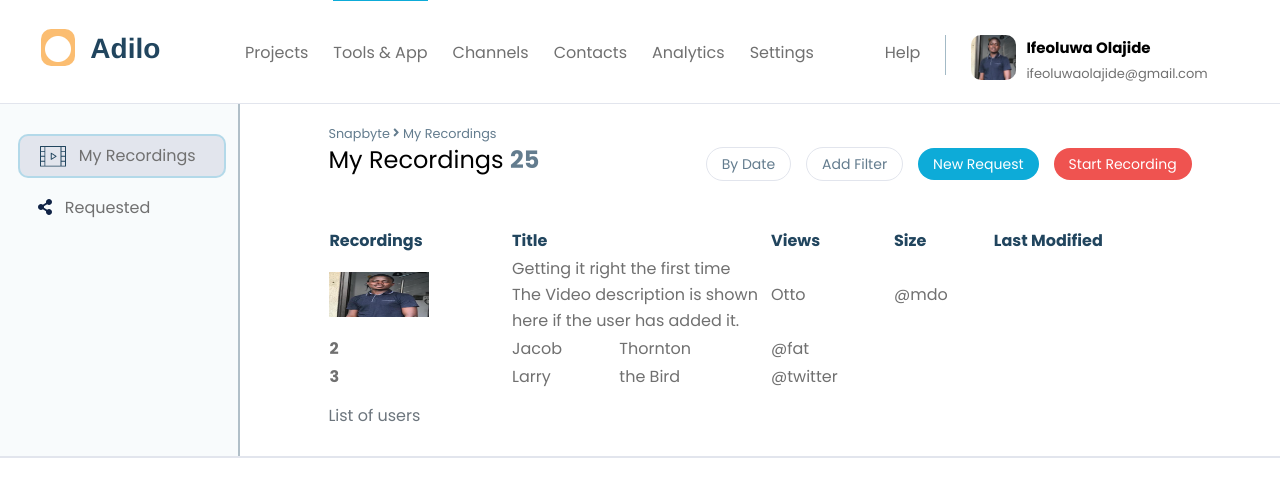
Repository: olhighjay/video_recorder
Page: /
An editor plug-in stored every save of this project. The page is shown before and after the next save, followed by the edit.
The browser window is 1280 px wide. The pictures show the whole page.
Some web libraries are served in a nearby version. The project was rebuilt for these pictures with package versions that can differ from the ones it lists, and the page was loaded fresh each time. Also part of the build but not shown: vue.config.js.

Above is the page before, as saved 2022-07-29 06:24:30.

After the next save:
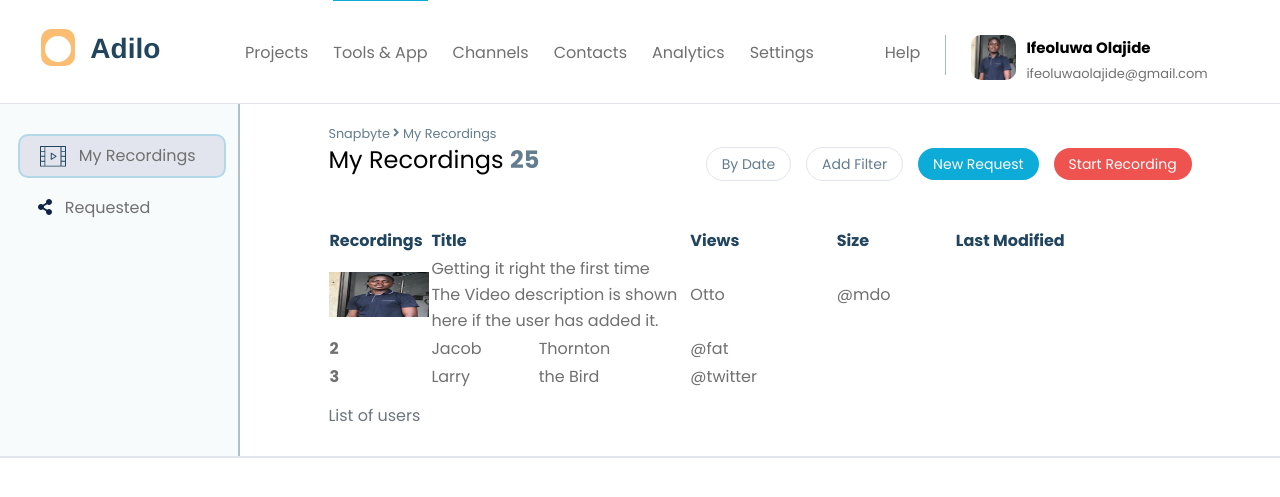
Saved 97 s later.
--- a/src/App.vue
+++ b/src/App.vue
@@ -54,7 +54,7 @@
   </thead>
   <tbody>
     <tr>
-      <td>
+      <td style="width:10%">
         <img alt="Profile Image" src="./assets/profile.jpg" style="width:100px; height:45px; border:10px">
       </td>
       <td style="width:30%" colspan="2">
